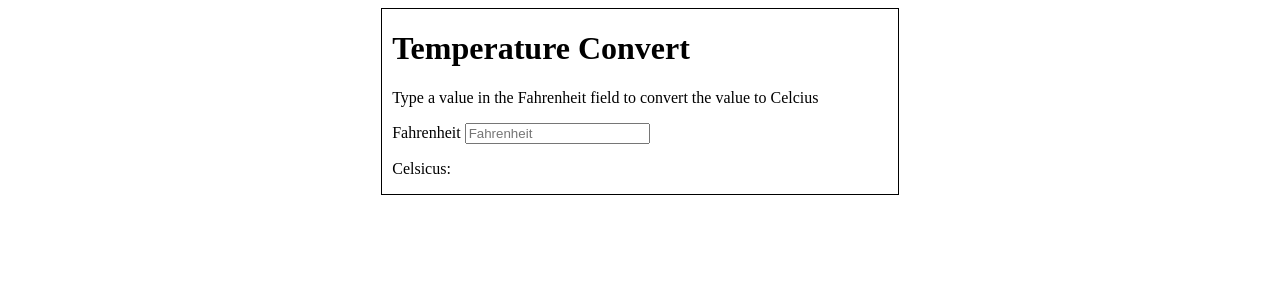
Repository: tungts3qb/BTCodeGym
Page: temprate-convert.html
An editor plug-in stored every save of this project. The page is shown before and after the next save, followed by the edit.
The browser window is 1280 px wide. The pictures show the whole page.

Above is the page before, as saved 2023-01-11 14:30:54.

### temprate-convert.html
<!DOCTYPE html>
<html lang="en">
  <head>
    <meta charset="UTF-8" />
    <meta http-equiv="X-UA-Compatible" content="IE=edge" />
    <meta name="viewport" content="width=device-width, initial-scale=1.0" />
    <title>[Thực hành] Chuyển đổi nhiệt độ</title>
  </head>
  <body>
    <style>
      #form {
        width: 40%;
        margin: 0 auto;
        border: 1px solid black;
        padding-left: 10px;
      }
    </style>
    <form action="" id="form">
      <h1>Temperature Convert</h1>
      <p>
        Type a value in the Fahrenheit field to convert the value to Celcius
      </p>
      <label>Fahrenheit</label>
      <input
        type="number"
        name=""
        id="inputFahrenheit"
        placeholder="Fahrenheit"
        oninput="temperatureConverter(this.value)"
      />
      <p>Celsicus: <span id="outputCelsius"></span></p>
    </form>
    <script>
      function temperatureConverter(valNum) {
        valNum = parseFloat(valNum);
        if (isNaN(valNum)) {
          document.getElementById("outputCelsius").innerHTML = "";
        } else {
          document.getElementById("outputCelsius").innerHTML =
            (valNum - 32) / 1.8;
        }
      }
    </script>
  </body>
</html>

After the next save:
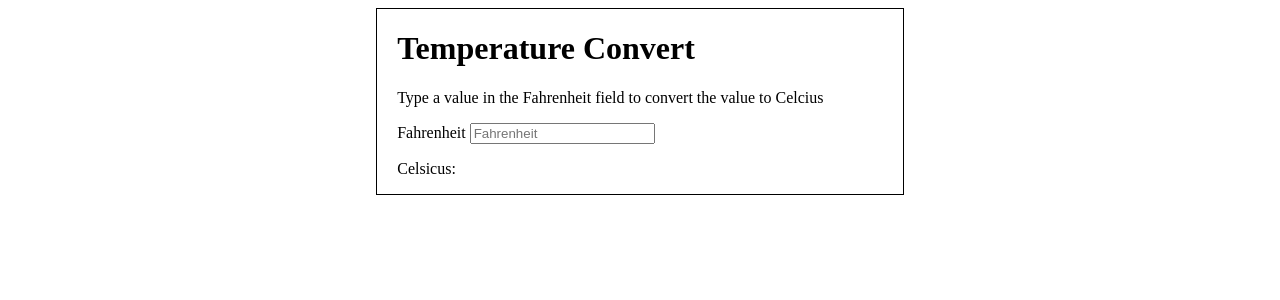
Saved 6 s later.
--- a/temprate-convert.html
+++ b/temprate-convert.html
@@ -12,7 +12,7 @@
         width: 40%;
         margin: 0 auto;
         border: 1px solid black;
-        padding-left: 10px;
+        padding-left: 20px;
       }
     </style>
     <form action="" id="form">
